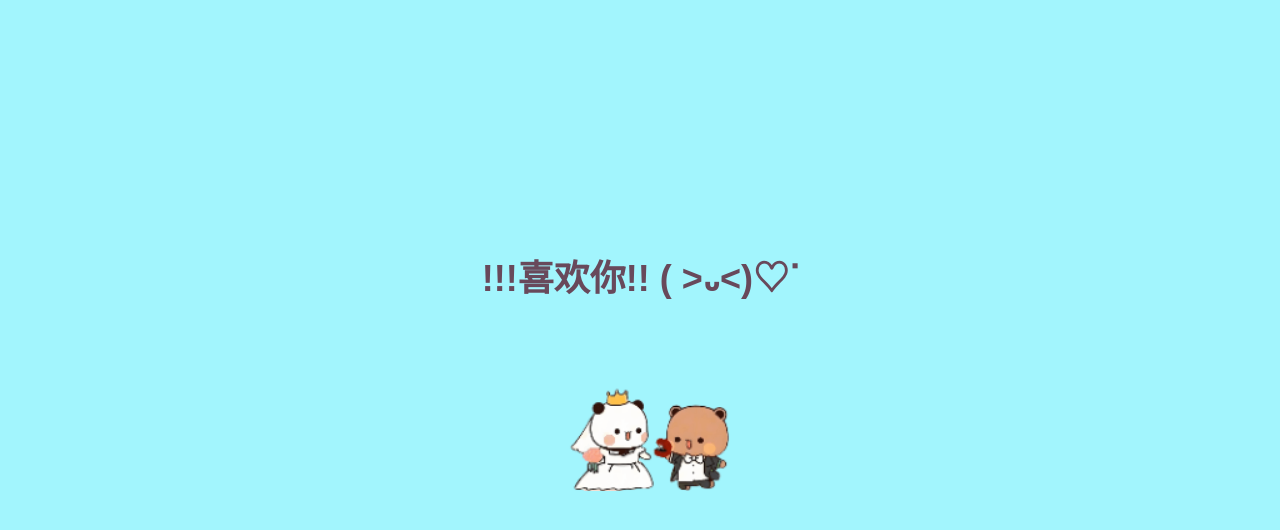
Repository: whatsecret/apologize
Page: index.html
These files come from the project's save history. The page is drawn as it stood at one moment and after the next save; the edit follows.
The browser window is 1280 px wide. The pictures show the whole page.
After loading, the first visible `#yes` was clicked once.

Above is the page before, as saved 2025-12-03 10:55:09.

### index.html
<!DOCTYPE html>
<html lang="zh-CN">
<head>
    <meta charset="UTF-8">
    <meta name="viewport" content="width=device-width, initial-scale=1.0">
    <title>可以成为我的恋人吗？</title>
    <link rel="stylesheet" href="style.css">
    <link rel="shortcut icon" href="favicon.ico" type="image/x-icon">
</head>
<body>
    <div class="container">
        <img id="mainImage" src="images/5.gif" alt="跪下">
        <h1 id="question">可以接受我的道歉吗？</h1>
        <div class="buttons">
            <button id="yes">可以</button>
            <button id="no">不要</button>
        </div>
    </div>

    <script src="script.js"></script>
</body>
</html>

### style.css
body {
    background-color: #a2f5fd; /* 天蓝色 */
    text-align: center;
    font-family: Arial, sans-serif;
    margin: 0;
    padding: 0;
    display: flex;
    justify-content: center;
    align-items: center;
    height: 100vh;
}
#mainImage {
  position: relative;
}

/* 加载中蒙层 */
.loading::after {
  content: "加载中...";
  position: absolute;
  top: 50%;
  left: 50%;
  transform: translate(-50%, -50%);
  background: rgba(255,255,255,0.8);
  padding: 10px;
}

.container {
    width: 90%; /* 适应手机屏幕宽度 */
    max-width: 500px; /* 最大宽度限制 */
}

#mainImage {
    width: 100%; /* 图片宽度自适应容器 */
    max-width: 200px; /* 最大宽度限制 */
    transition: all 0.3s ease;
}

h1 {
    font-size: 5vw; /* 字体大小根据视口宽度变化 */
    color: #68495b;
    margin: 20px 0; /* 增加上下间距 */
}

button {
    font-size: 4vw; /* 字体大小根据视口宽度变化 */
    padding: 10px 20px;
    border: none;
    border-radius: 5px;
    cursor: pointer;
    margin: 10px;
    transition: all 0.3s ease;
}

#yes {
    background-color: #d4818e; /* 粉色 */
    color: white;
}

#no {
    background-color: #6784b1; /* 蓝色 */
    color: white;
    position: relative;
}

.yes-screen {
    position: fixed;
    top: 0;
    left: 0;
    width: 100vw;
    height: 100vh;
    background-color: #a2f5fd; /* 粉色 */
    display: flex;
    flex-direction: column;
    align-items: center;
    justify-content: center;
}

.yes-text {
    font-size: 7vw; /* 字体大小根据视口宽度变化 */
}

.yes-image {
    width: 50%; /* 图片宽度自适应容器 */
    max-width: 300px; /* 最大宽度限制 */
}

/* 电脑端样式优化 */
@media (min-width: 768px) {
    body {
        display: block;
    }

    .container {
        position: absolute;
        top: 50%;
        left: 50%;
        transform: translate(-50%, -50%);
        width: auto;
        max-width: none;
    }

    #mainImage {
        width: 200px; /* 固定图片宽度 */
    }

    h1 {
        font-size: 28px; /* 固定字体大小 */
        margin: 20px 0;
    }

    button {
        font-size: 18px; /* 固定字体大小 */
    }

    .yes-text {
        font-size: 36px; /* 固定字体大小 */
    }

    .yes-image {
        width: 300px; /* 固定图片宽度 */
    }
}

### script.js
// const preloadImages = ['shocked.png', 'think.png', 'angry.png', 'crying.png'];
// preloadImages.forEach(img => {
//   new Image().src = `./images/${img}`;
// });
let yesButton = document.getElementById("yes");
let noButton = document.getElementById("no");
let questionText = document.getElementById("question");
let mainImage = document.getElementById("mainImage");

let clickCount = 0;  // 记录点击 No 的次数

// No 按钮的文字变化
const noTexts = [
    "？你认真的吗…",
    "要不再想想？",
    "不许选这个！ ",
    "我会很伤心…",
    "不行:("
];

// No 按钮点击事件
noButton.addEventListener("click", function() {
    clickCount++;

    // 让 Yes 变大，每次放大 2 倍
    let yesSize = 1 + (clickCount * 1.2);
    yesButton.style.transform = `scale(${yesSize})`;

    // 挤压 No 按钮，每次右移 100px
    let noOffset = clickCount * 50;
    noButton.style.transform = `translateX(${noOffset}px)`;

    // **新增：让图片和文字往上移动**
    let moveUp = clickCount * 25; // 每次上移 20px
    mainImage.style.transform = `translateY(-${moveUp}px)`;
    questionText.style.transform = `translateY(-${moveUp}px)`;

    // No 文案变化（前 5 次变化）
    if (clickCount <= 5) {
        noButton.innerText = noTexts[clickCount - 1];
    }

    // 图片变化（前 5 次变化）
    if (clickCount === 1) mainImage.src = "images/1.gif"; // 震惊
    if (clickCount === 2) mainImage.src = "images/2.gif";   // 思考
    if (clickCount === 3) mainImage.src = "images/3.gif";   // 生气
    if (clickCount === 4) mainImage.src = "images/7.gif";  // 哭
    if (clickCount >= 5) mainImage.src = "images/4.gif";  // 之后一直是哭

});

// Yes 按钮点击后，进入表白成功页面
yesButton.addEventListener("click", function() {
    document.body.innerHTML = `
        <div class="yes-screen">
            <h1 class="yes-text">!!!喜欢你!! ( >᎑<)♡︎ᐝ</h1>
            <img src="images/hug.png" alt="拥抱" class="yes-image">
        </div>
    `;

    document.body.style.overflow = "hidden";
});

After the next save:
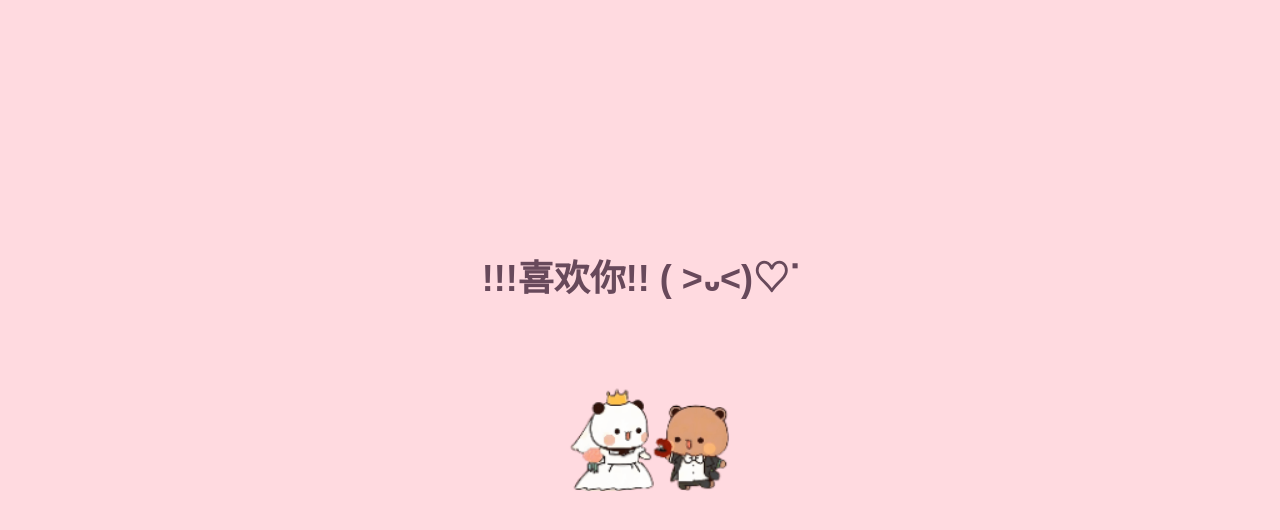
Saved 6 s later.
--- a/style.css
+++ b/style.css
@@ -68,7 +68,7 @@
     left: 0;
     width: 100vw;
     height: 100vh;
-    background-color: #a2f5fd; /* 粉色 */
+    background-color: #ffdae0; /* 粉色 */
     display: flex;
     flex-direction: column;
     align-items: center;
